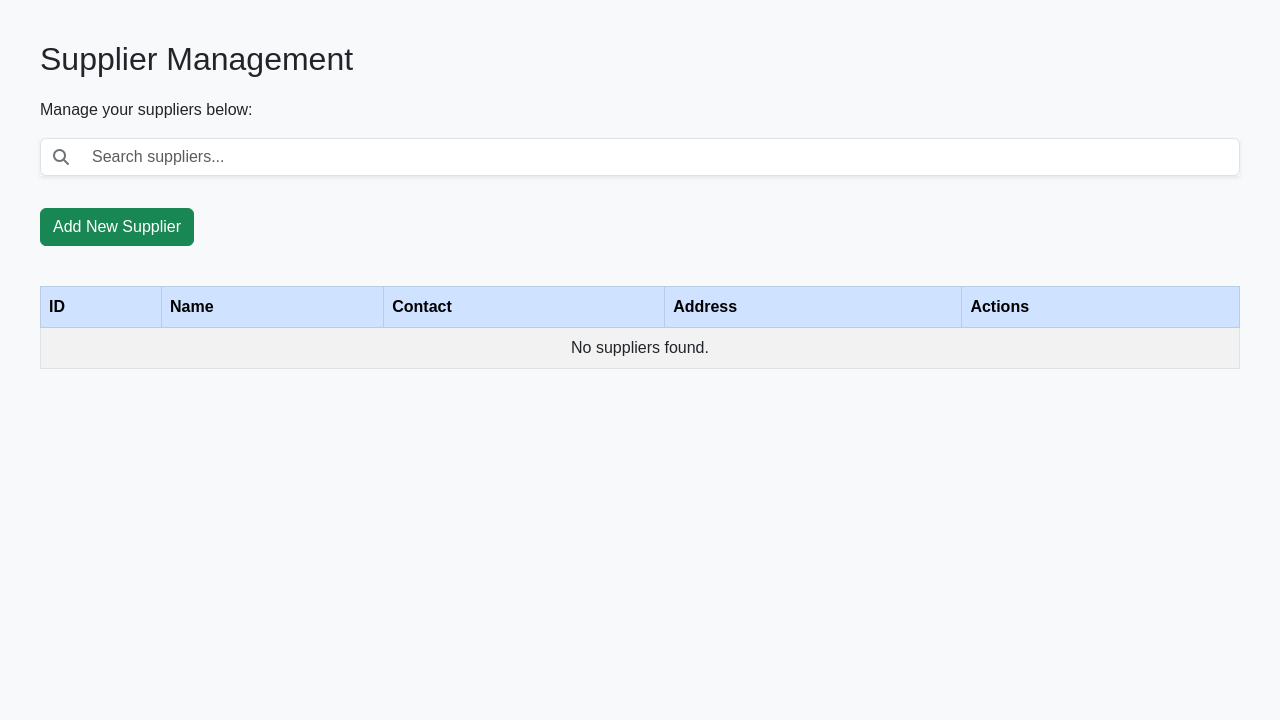
Repository: LakviduUpasara/onlineSparePartsManagementSystem
Page: http://localhost/Spare_parts_Management_Systems/supplier-list
An editor plug-in stored every save of this project. The page is shown before and after the next save, followed by the edit.
The browser window is 1280 px wide. The pictures show the whole page.
The page is served by Tomcat 9. Other server files are loaded and not shown. Queries for data that is not in the repository find no rows.

Above is the page before, as saved 2025-05-13 19:13:36.

### Project/Project/Spare_parts_Management_Systems/src/main/webapp/Maneger/maneger_dashbord.jsp
<%@ page language="java" contentType="text/html; charset=UTF-8" pageEncoding="UTF-8"%>
<%@ page import="java.util.*, com.spareparts.model.Supplier" %>


<!DOCTYPE html>
<html lang="en">
<head>
  <meta charset="UTF-8">
  <title>Admin Dashboard - Full Trade Support</title>
  <link href="https://cdn.jsdelivr.net/npm/bootstrap@5.3.0/dist/css/bootstrap.min.css" rel="stylesheet">
  <link rel="stylesheet" href="https://cdnjs.cloudflare.com/ajax/libs/font-awesome/6.4.0/css/all.min.css">

    <link rel ="stylesheet" href="Css/Navigations_andAll.css">

</head>

<body>


    <div class="dashboard-content">
      <h2>Supplier Management</h2>
      <p>Manage your suppliers below:</p>

          <!-- Search Bar (1st Line - Full Width) -->
  <div class="mb-3 w-100">
    <div class="input-group shadow-sm">
      <span class="input-group-text bg-white border-end-0">
        <i class="fas fa-search text-secondary"></i>
      </span>
      <input type="text" id="searchInput" class="form-control border-start-0" placeholder="Search suppliers...">
    </div>
  </div>

  <button class="btn btn-success mt-3" data-bs-toggle="modal" data-bs-target="#addSupplierModal">Add New Supplier</button>

  <script>
function filterTable() {
  const input = document.getElementById("searchInput");
  const filter = input.value.toUpperCase();
  const table = document.querySelector("table");
  const rows = table.getElementsByTagName("tr");

  for (let i = 1; i < rows.length; i++) {
    let rowVisible = false;
    const cells = rows[i].getElementsByTagName("td");

    for (let j = 0; j < cells.length - 1; j++) {
      if (cells[j]) {
        const text = cells[j].textContent || cells[j].innerText;
        if (text.toUpperCase().indexOf(filter) > -1) {
          rowVisible = true;
          break;
        }
      }
    }
    rows[i].style.display = rowVisible ? "" : "none";
  }
}

// Optional: also filter live while typing
document.getElementById("searchInput").addEventListener("input", filterTable);
</script>




      <!-- Add Supplier Modal -->
<div class="modal fade" id="addSupplierModal" tabindex="-1" aria-labelledby="addSupplierModalLabel" aria-hidden="true">
  <div class="modal-dialog">
    <form action="${pageContext.request.contextPath}/supplier-add" method="post" class="modal-content">
      <div class="modal-header">
        <h5 class="modal-title">Add New Supplier</h5>
        <button type="button" class="btn-close" data-bs-dismiss="modal"></button>
      </div>
      <div class="modal-body">
        <div class="mb-3">
          <label for="supplierName" class="form-label">Supplier Name</label>
          <input type="text" class="form-control" id="supplierName" name="supplierName" required>
        </div>
        <div class="mb-3">
          <label for="contactNumber" class="form-label">Contact Number</label>
          <input type="text" class="form-control" id="contactNumber" name="contactNumber" required>
        </div>
        <div class="mb-3">
          <label for="address" class="form-label">Address</label>
          <textarea class="form-control" id="address" name="address" required></textarea>
        </div>
      </div>
      <div class="modal-footer">
        <button type="submit" class="btn btn-primary">Add Supplier</button>
        <button type="button" class="btn btn-secondary" data-bs-dismiss="modal">Cancel</button>
      </div>
    </form>
  </div>
</div>


      <!-- Supplier Table -->
      <div class="table-container">
        <table class="table table-bordered table-striped">
          <thead class="table-primary">
            <tr>
              <th>ID</th>
              <th>Name</th>
              <th>Contact</th>
              <th>Address</th>
              <th>Actions</th>
            </tr>
          </thead>
          <tbody>
            <%
              List<Supplier> supplierList = (List<Supplier>) request.getAttribute("supplierList");
              if (supplierList != null && !supplierList.isEmpty()) {
                for (Supplier s : supplierList) {
            %>
            <tr>
              <td><%= s.getSupplierID() %></td>
              <td><%= s.getSupplierName() %></td>
              <td><%= s.getContactNumber() %></td>
              <td><%= s.getAddress() %></td>
              <td>
                <a href="supplier-update?id=<%= s.getSupplierID() %>" class="btn btn-sm btn-primary">Update</a>
                <a href="supplier-delete?id=<%= s.getSupplierID() %>" class="btn btn-sm btn-danger" onclick="return confirm('Are you sure?')">Delete</a>
              </td>
            </tr>
            <%  }
              } else { %>
            <tr>
              <td colspan="5" class="text-center">No suppliers found.</td>
            </tr>
            <% } %>
          </tbody>
        </table>

      </div>
    </div>
  </div>

  <!-- Add Supplier Modal -->
  <div class="modal fade" id="addSupplierModal" tabindex="-1" aria-labelledby="addSupplierModalLabel" aria-hidden="true">
    <div class="modal-dialog">



      <form action="${pageContext.request.contextPath}/supplier-add" method="post" class="modal-content">
        <div class="modal-header">
          <h5 class="modal-title">Add New Supplier</h5>
          <button type="button" class="btn-close" data-bs-dismiss="modal"></button>
        </div>
        <div class="modal-body">
          <div class="mb-3">
            <label for="supplierName" class="form-label">Supplier Name</label>
            <input type="text" class="form-control" id="supplierName" name="supplierName" required>
          </div>
          <div class="mb-3">
            <label for="contactNumber" class="form-label">Contact Number</label>
            <input type="text" class="form-control" id="contactNumber" name="contactNumber" required>
          </div>
          <div class="mb-3">
            <label for="address" class="form-label">Address</label>
            <textarea class="form-control" id="address" name="address" required></textarea>
          </div>
        </div>
        <div class="modal-footer">
          <button type="submit" class="btn btn-primary">Add Supplier</button>
          <button type="button" class="btn btn-secondary" data-bs-dismiss="modal">Cancel</button>
        </div>
      </form>
    </div>
  </div>

  <script src="https://cdn.jsdelivr.net/npm/bootstrap@5.3.0/dist/js/bootstrap.bundle.min.js"></script>
</body>
</html>

### Project/Project/Spare_parts_Management_Systems/src/main/java/com/spareparts/servlet/SupplierListServlet.java
package com.spareparts.servlet;

import com.spareparts.controller.SupplierController;
import com.spareparts.model.Supplier;

import javax.servlet.RequestDispatcher;
import javax.servlet.ServletException;
import javax.servlet.annotation.WebServlet;
import javax.servlet.http.*;
import java.io.IOException;
import java.util.List;

@WebServlet("/supplier-list")
public class SupplierListServlet extends HttpServlet {

    protected void doGet(HttpServletRequest request, HttpServletResponse response)
            throws ServletException, IOException {


        List<Supplier> supplierList = SupplierController.getAllSuppliers();

        // Set it in request scope
        request.setAttribute("supplierList", supplierList);

        // Forward to JSP (manager.jsp or supplier-list.jsp)
        RequestDispatcher dispatcher = request.getRequestDispatcher("Maneger/maneger_dashbord.jsp"); // Or supplier-list.jsp
        dispatcher.forward(request, response);
    }
}

### Project/Project/Spare_parts_Management_Systems/src/main/java/com/spareparts/util/DBConnection.java
package com.spareparts.util;

import java.sql.Connection;
import java.sql.DriverManager;

public class DBConnection {
	private static String url = "jdbc:mysql://localhost:3306/Spareparts";
	private static String user = "root";
	private static String pass = "Lakvidu@2001";
	private static Connection con;

	public static Connection getConnection() {
		try {
			Class.forName("com.mysql.jdbc.Driver");
			con = DriverManager.getConnection(url, user, pass);
		}
		catch(Exception e) {
			System.out.println("Database not connect !");
		}
		return con;
	}



}

### Project/Project/Spare_parts_Management_Systems/src/main/webapp/Css/Navigations_andAll.css
@charset "UTF-8";
    body {
      margin: 0;
      font-family: Arial, sans-serif;
      background-color: #f8f9fa;
    }
    .sidebar {
      height: 100vh;
      background-color: #0d6efd;
      color: white;
      position: fixed;
      width: 240px;
      padding-top: 20px;
    }
    .sidebar a {
      color: white;
      text-decoration: none;
      display: block;
      padding: 12px 20px;
      font-size: 16px;
    }
    .sidebar a:hover {
      background-color: #0b5ed7;
    }
    .main-content {
      margin-left: 240px;
    }
    .navbar {
      background-color: #ffffff;
      box-shadow: 0 2px 4px rgba(0, 0, 0, 0.1);
    }
    .navbar .nav-link, .navbar .navbar-brand {
      color: #333;
    }
    .dashboard-content {
      padding: 40px;
      min-height: calc(100vh - 56px);
    }
    .dashboard-content h2 {
      margin-bottom: 20px;
    }
    .table-container {
      margin-top: 40px;
    }

After the next save:
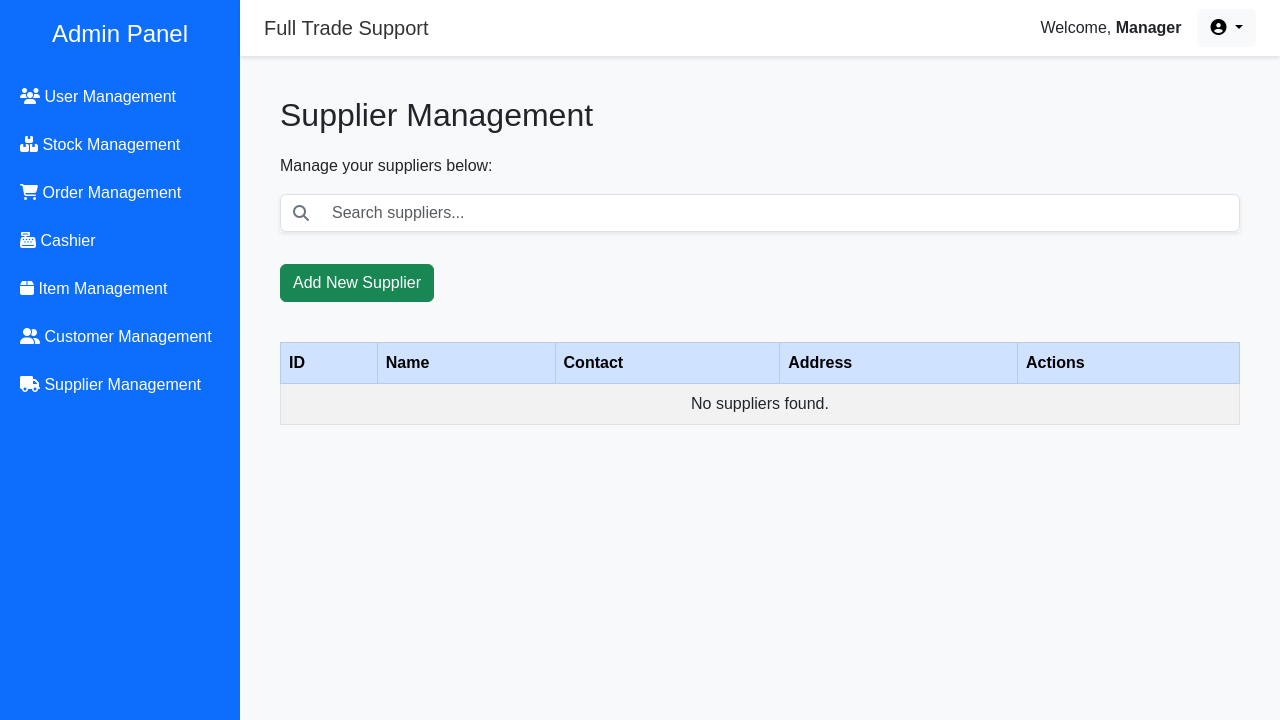
Saved 17 s later.
--- a/Project/Project/Spare_parts_Management_Systems/src/main/webapp/Maneger/maneger_dashbord.jsp
+++ b/Project/Project/Spare_parts_Management_Systems/src/main/webapp/Maneger/maneger_dashbord.jsp
@@ -15,7 +15,48 @@
 </head>
 
 <body>
-
+  <!-- Sidebar -->
+  <div class="sidebar">
+    <h4 class="text-center mb-4">Manager  Panel</h4>
+    <a href="#"><i class="fas fa-users"></i> User Management</a>
+    <a href="#"><i class="fas fa-boxes"></i> Stock Management</a>
+    <a href="#"><i class="fas fa-shopping-cart"></i> Order Management</a>
+    <a href="#"><i class="fas fa-cash-register"></i> Cashier</a>
+    <a href="#"><i class="fas fa-box"></i> Item Management</a>
+    <a href="#"><i class="fas fa-user-friends"></i> Customer Management</a>
+    <a href="#"><i class="fas fa-truck"></i> Supplier Management</a>
+  </div>
+<div class="sidebar">
+    <h4 class="text-center mb-4">Admin  Panel</h4>
+    <a href=" GetAllServlet"><i class="fas fa-users"></i> User Management</a>
+    <a href="#"><i class="fas fa-boxes"></i> Stock Management</a>
+    <a href="#"><i class="fas fa-shopping-cart"></i> Order Management</a>
+    <a href="#"><i class="fas fa-cash-register"></i> Cashier</a>
+    <a href="#"><i class="fas fa-box"></i> Item Management</a>
+    <a href="#"><i class="fas fa-user-friends"></i> Customer Management</a>
+    <a href="supplier-list"><i class="fas fa-truck"></i> Supplier Management</a>
+  </div>
+
+
+  <!-- Main Content -->
+  <div class="main-content">
+    <nav class="navbar navbar-expand-lg navbar-light px-4">
+      <a class="navbar-brand" href="#">Full Trade Support</a>
+      <div class="ms-auto d-flex align-items-center">
+        <span class="me-3">Welcome, <strong>Manager</strong></span>
+        <div class="dropdown">
+          <a class="btn btn-light dropdown-toggle" href="#" id="userDropdown" data-bs-toggle="dropdown">
+            <i class="fas fa-user-circle"></i>
+          </a>
+          <ul class="dropdown-menu dropdown-menu-end" aria-labelledby="userDropdown">
+            <li><a class="dropdown-item" href="profile.jsp">Profile</a></li>
+            <li><a class="dropdown-item" href="#">Settings</a></li>
+            <li><hr class="dropdown-divider"></li>
+            <li><a class="dropdown-item text-danger" href="#">Logout</a></li>
+          </ul>
+        </div>
+      </div>
+    </nav>
 
     <div class="dashboard-content">
       <h2>Supplier Management</h2>
